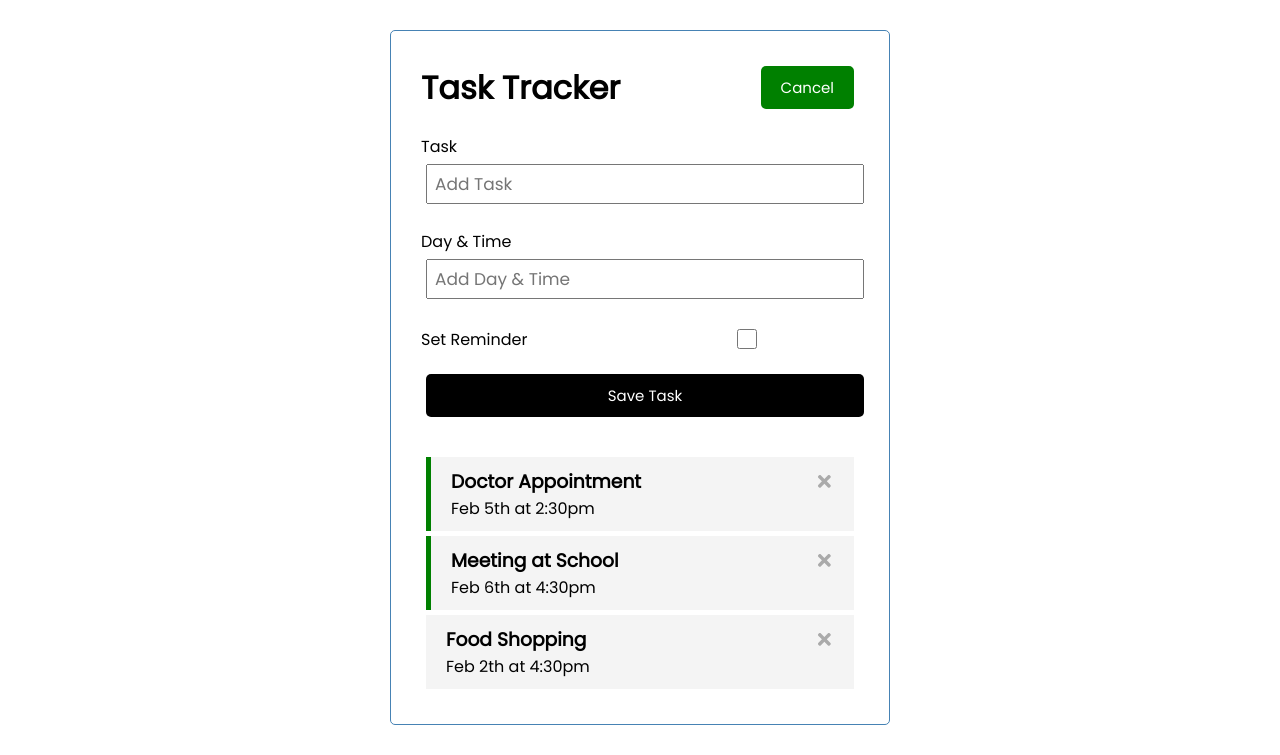
Repository: kate30980/task-tracker-reactjs
Page: /
An editor plug-in stored every save of this project. The page is shown before and after the next save, followed by the edit.
The browser window is 1280 px wide. The pictures show the whole page.
The project was rebuilt for these pictures with package versions that can differ from the ones it lists, and the page was loaded fresh each time.

Above is the page before, as saved 2021-09-19 21:21:14.

### public/index.html
<!DOCTYPE html>
<html lang="en">

<head>
  <meta charset="utf-8" />
  <link rel="icon" href="%PUBLIC_URL%/favicon.ico" />
  <meta name="viewport" content="width=device-width, initial-scale=1" />
  <meta name="theme-color" content="#000000" />
  <meta name="description" content="Web site created using create-react-app" />
  <link rel="apple-touch-icon" href="%PUBLIC_URL%/logo192.png" />
  <!--
      manifest.json provides metadata used when your web app is installed on a
      user's mobile device or desktop. See https://developers.google.com/web/fundamentals/web-app-manifest/
    -->
  <link rel="manifest" href="%PUBLIC_URL%/manifest.json" />
  <!--
      Notice the use of %PUBLIC_URL% in the tags above.
      It will be replaced with the URL of the `public` folder during the build.
      Only files inside the `public` folder can be referenced from the HTML.

      Unlike "/favicon.ico" or "favicon.ico", "%PUBLIC_URL%/favicon.ico" will
      work correctly both with client-side routing and a non-root public URL.
      Learn how to configure a non-root public URL by running `npm run build`.
    -->
  <title>Task Tracker</title>
</head>

<body>
  <noscript>You need to enable JavaScript to run this app.</noscript>
  <div id="root"></div>
  <!--
      This HTML file is a template.
      If you open it directly in the browser, you will see an empty page.

      You can add webfonts, meta tags, or analytics to this file.
      The build step will place the bundled scripts into the <body> tag.

      To begin the development, run `npm start` or `yarn start`.
      To create a production bundle, use `npm run build` or `yarn build`.
    -->
</body>

</html>

### src/index.css
@import url('https://fonts.googleapis.com/css2?family=Poppins:wght@300;400&display=swap');

* {
  box-sizing: border-box;
  margin: 0;
  padding: 0;
}

body {
  font-family: 'Poppins', sans-serif;
}

.container {
  max-width: 500px;
  margin: 30px auto;
  overflow: auto;
  min-height: 300px;
  border: 1px solid steelblue;
  padding: 30px;
  border-radius: 5px;
}

.header {
  display: flex;
  justify-content: space-between;
  align-items: center;
  margin-bottom: 20px;
}

.btn {
  display: inline-block;
  background: #000;
  color: #fff;
  border: none;
  padding: 10px 20px;
  margin: 5px;
  border-radius: 5px;
  cursor: pointer;
  text-decoration: none;
  font-size: 15px;
  font-family: inherit;
}

.btn:focus {
  outline: none;
}

.btn:active {
  transform: scale(0.98);
}

.btn-block {
  display: block;
  width: 100%;
}

.task {
  background: #f4f4f4;
  margin: 5px;
  padding: 10px 20px;
  cursor: pointer;
}

.task.reminder {
  border-left: 5px solid green;
}

.task h3 {
  display: flex;
  align-items: center;
  justify-content: space-between;
}

.add-form {
  margin-bottom: 40px;
}

.form-control {
  margin: 20px 0;
}

.form-control label {
  display: block;
}

.form-control input {
  width: 100%;
  height: 40px;
  margin: 5px;
  padding: 3px 7px;
  font-size: 17px;
  font-family: inherit;
}

.form-control-check {
  display: flex;
  align-items: center;
  justify-content: space-between;
}

.form-control-check label {
  flex: 1;
}

.form-control-check input {
  flex: 1;
  height: 20px;
}

footer {
  margin-top: 30px;
  text-align: center;
}

### src/App.js
import { useState } from "react";
import Header from "./components/Header";
import Tasks from "./components/Tasks";
import AddTask from "./components/AddTask";

function App() {
  const [showAddTask, setShowAddTask] = useState(true);
  const [tasks, setTasks] = useState([
    {
      id: 1,
      text: "Doctor Appointment",
      day: "Feb 5th at 2:30pm",
      reminder: true,
    },
    {
      id: 2,
      text: "Meeting at School",
      day: "Feb 6th at 4:30pm",
      reminder: true,
    },
    {
      id: 3,
      text: "Food Shopping",
      day: "Feb 2th at 4:30pm",
      reminder: false,
    },
  ]);

  //Add Task
  const addTask = (task) => {
    const id = Math.floor(Math.random() * 10000) + 1;
    const newTask = { id, ...task };
    setTasks([...tasks, newTask]);
  };

  // Delete tasks
  const deleteTask = (id) => {
    setTasks(tasks.filter((task) => task.id !== id));
  };

  //Toogle reminder
  const toggleReminder = (id) => {
    setTasks(
      tasks.map((task) =>
        task.id === id ? { ...task, reminder: !task.reminder } : task
      )
    );
  };

  return (
    <div className="container">
      <Header
        onAdd={() => setShowAddTask(!showAddTask)}
        showAdd={showAddTask}
      />
      {showAddTask && <AddTask onAdd={addTask} />}
      {tasks.length > 0 ? (
        <Tasks tasks={tasks} onDelete={deleteTask} onToggle={toggleReminder} />
      ) : (
        "No Tasks To Show"
      )}
    </div>
  );
}

export default App;

### src/components/Header.js
import PropTypes from "prop-types";
import Button from "./Button";

const Header = ({ title, onAdd, showAdd }) => {
  return (
    <header className="header">
      <h1>{title}</h1>
      <Button
        color={showAdd ? "green" : "red"}
        text={showAdd ? "Cancel" : "Add"}
        onClick={onAdd}
      />
    </header>
  );
};

Header.defaultProps = {
  title: "Task Tracker",
};

Header.propTypes = {
  title: PropTypes.string.isRequired,
};

export default Header;

### src/components/AddTask.js
import { useState } from "react";

const AddTask = ({ onAdd }) => {
  const [text, setText] = useState("");
  const [day, setDay] = useState("");
  const [reminder, setReminder] = useState(false);

  const onSubmit = (e) => {
    e.preventDefault();

    if (!text) {
      alert("Please add a task");
      return;
    }

    onAdd({ text, day, reminder });

    setText("");
    setDay("");
    setReminder(false);
  };

  return (
    <form className="add-form" onSubmit={onSubmit}>
      <div className="form-control">
        <label>Task</label>
        <input
          type="text"
          placeholder="Add Task"
          value={text}
          onChange={(e) => setText(e.target.value)}
        />
      </div>
      <div className="form-control">
        <label>Day & Time</label>
        <input
          type="text"
          placeholder="Add Day & Time"
          value={day}
          onChange={(e) => setDay(e.target.value)}
        />
      </div>
      <div className="form-control form-control-check">
        <label>Set Reminder</label>
        <input
          type="checkbox"
          checked={reminder}
          value={reminder}
          onChange={(e) => setReminder(e.currentTarget.checked)}
        />
      </div>

      <input type="submit" value="Save Task" className="btn btn-block" />
    </form>
  );
};

export default AddTask;

### src/components/Task.js
import { FaTimes } from "react-icons/fa";

const Task = ({ task, onDelete, onToggle }) => {
  return (
    <div
      className={`task ${task.reminder ? "reminder" : ""}`}
      onDoubleClick={() => onToggle(task.id)}
    >
      <h3>
        {task.text}{" "}
        <FaTimes
          style={{ color: "#aaa", cursor: "pointer" }}
          onClick={() => onDelete(task.id)}
        />
      </h3>
      <p>{task.day}</p>
    </div>
  );
};

export default Task;

Loaded but not shown: src/index.js (common file); src/reportWebVitals.js (common file); src/components/Tasks.js (common file); src/components/Button.js (common file)

After the next save:
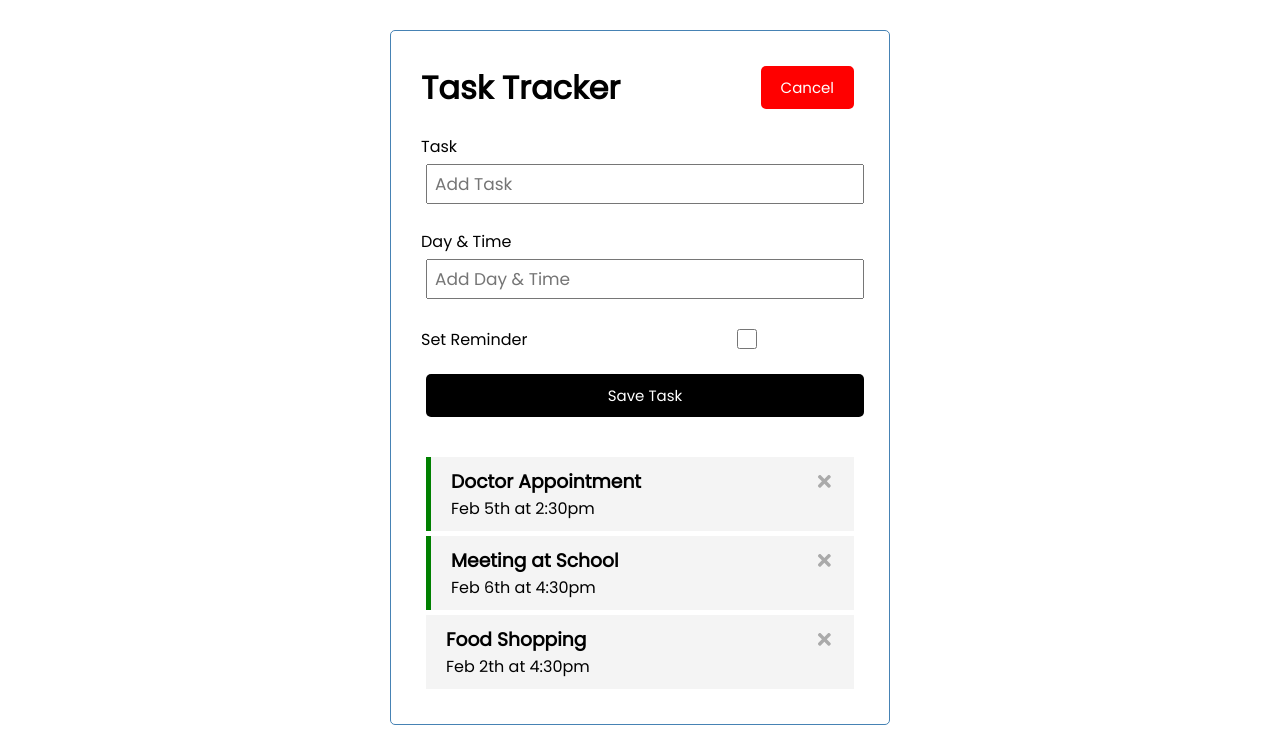
Saved 13 s later.
--- a/src/components/Header.js
+++ b/src/components/Header.js
@@ -6,7 +6,7 @@ const Header = ({ title, onAdd, showAdd }) => {
     <header className="header">
       <h1>{title}</h1>
       <Button
-        color={showAdd ? "green" : "red"}
+        color={showAdd ? "red" : "green"}
         text={showAdd ? "Cancel" : "Add"}
         onClick={onAdd}
       />
